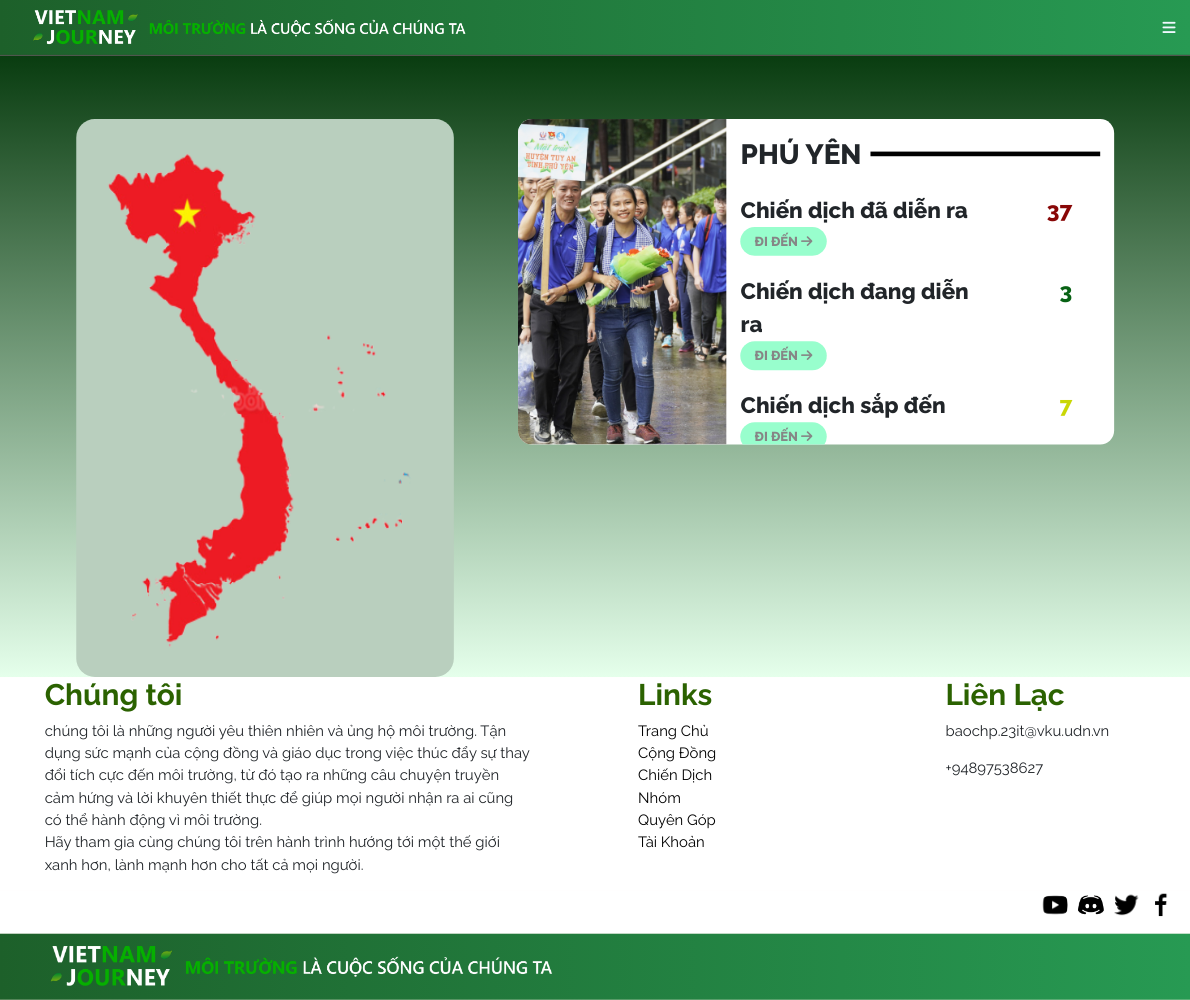
Repository: Boima12/Boima12.github.io_VietnamJourney
Page: HTML/ChienDich/ChienDich.html
The author's editor kept a copy of each file at every save. The page is drawn from the files as they stood at one save, then again after a run of saves.
The browser window is 1280 px wide. The pictures show the whole page, at 93% of full size.

Above is the page before, as saved 2024-05-25 08:06:36.

After the next 4 saves:
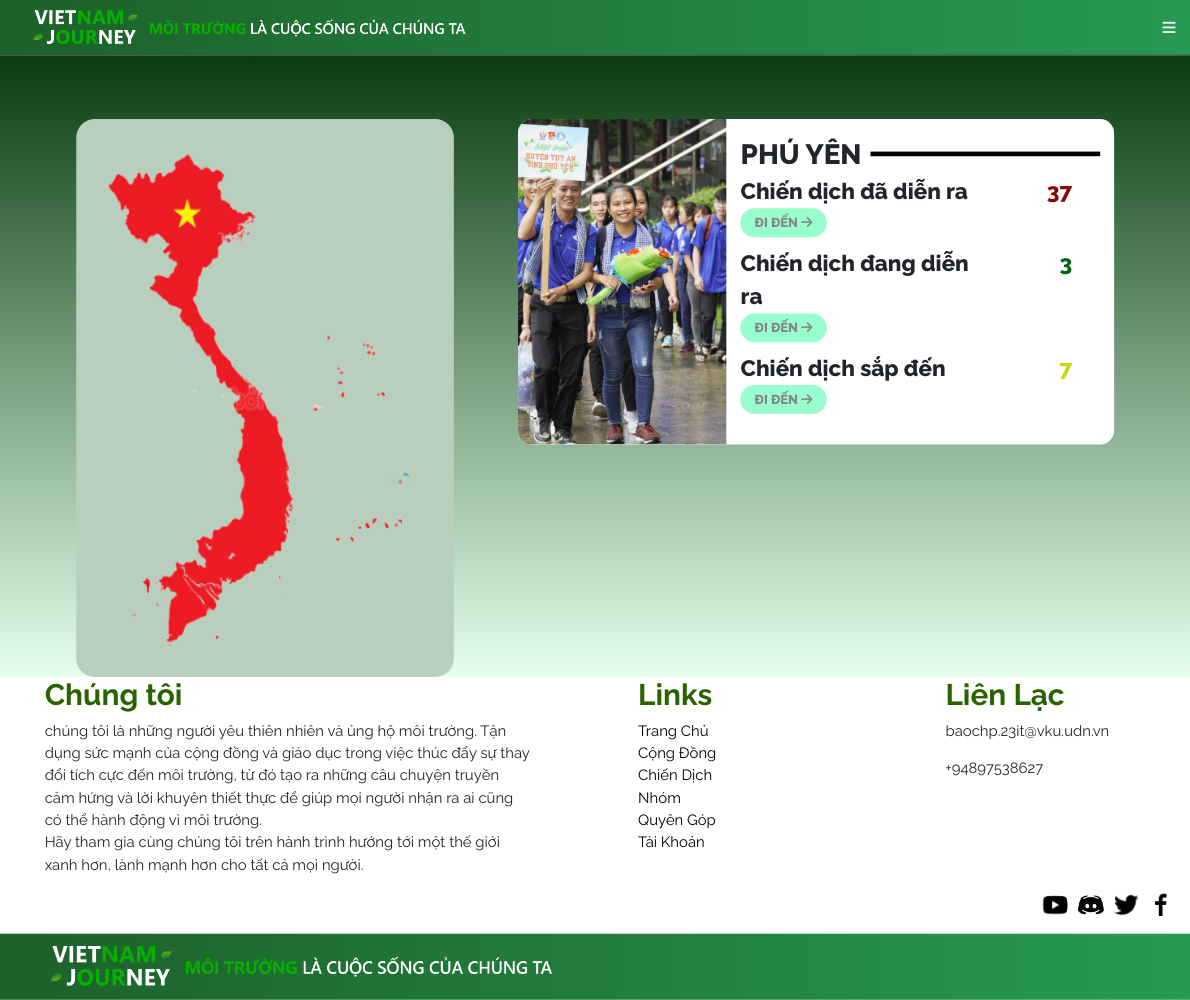
The 4 saves are shown as one change because they came seconds apart.
The last was saved 36 s later.
--- a/HTML/ChienDich/ChienDich.css
+++ b/HTML/ChienDich/ChienDich.css
@@ -248,7 +248,8 @@ header #sidebar div.sidebar-content i {
     width: 100%;
     display: flex;
     justify-content: space-between;
-    margin-top: 20px;
+    margin-bottom: 10px;
+    margin
 }
 
 .right .content .inner-content .part .inner-content {
